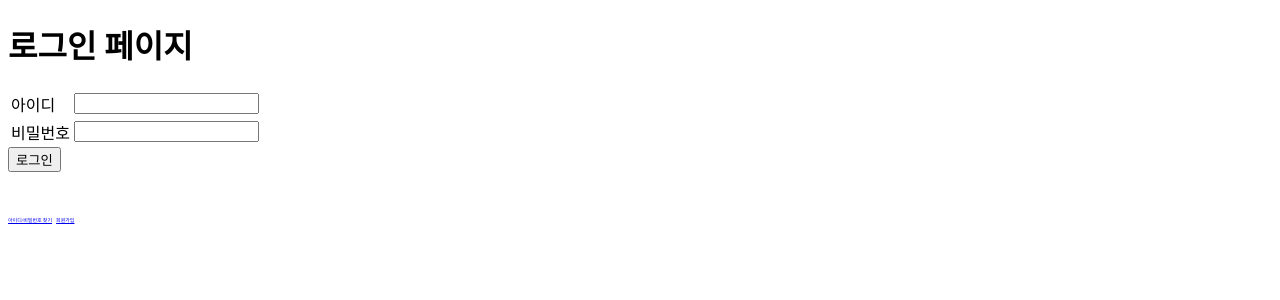
Repository: ksccmp/notice-board
Page: http://localhost/board/login.jsp
The author's editor kept a copy of each file at every save. The page is drawn from the files as they stood at one save, then again after the next save.
The browser window is 1280 px wide. The pictures show the whole page.
The page is served by Tomcat 9. Nobody is signed in. The application's start-up code is not run. Other server files are loaded and not shown.

Above is the page before, as saved 2019-09-18 13:30:25.

### board/src/main/webapp/login.jsp
<%@ page language="java" contentType="text/html; charset=UTF-8"
    pageEncoding="UTF-8"%>
<!DOCTYPE html PUBLIC "-//W3C//DTD HTML 4.01 Transitional//EN" "http://www.w3.org/TR/html4/loose.dtd">
<html>
<head>
<meta http-equiv="Content-Type" content="text/html; charset=UTF-8">
<title>LoginPage</title>
</head>
<style>
	#hreffont {
		font-size: 5px;
	}
</style>
<body>
	<h1>로그인 페이지</h1>
	<form method="post" action="">
		<table>
			<tr>
				<td>아이디</td>
				<td><input type="text" id="id" name="id"></td>
			</tr>

			<tr>
				<td>비밀번호</td>
				<td><input type="password" id="password" name="password"></td>
			</tr>
		</table>
		<input type="submit" value="로그인">
	</form>

	<br><br>
	<a href="#" id="hreffont">아이디/비밀번호 찾기</a>
	<a href="#" id="hreffont">회원가입</a>
</body>
</html>

After the next save:
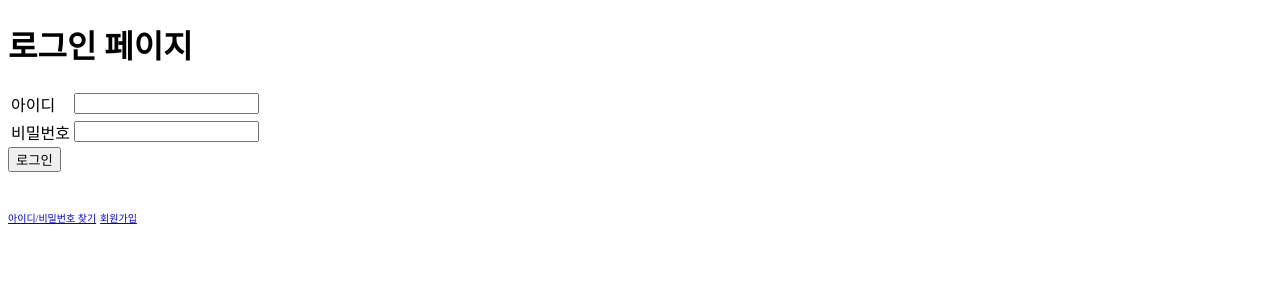
Saved 23 s later.
--- a/board/src/main/webapp/login.jsp
+++ b/board/src/main/webapp/login.jsp
@@ -8,7 +8,7 @@
 </head>
 <style>
 	#hreffont {
-		font-size: 5px;
+		font-size: 10px;
 	}
 </style>
 <body>
